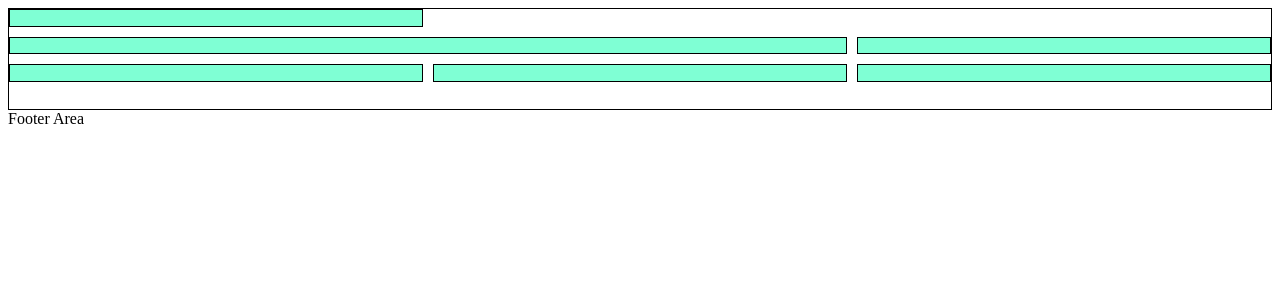
Repository: BwesewB/Brutalist-Website
Page: /
An editor plug-in stored every save of this project. The page is shown before and after the next save, followed by the edit.
The browser window is 1280 px wide. The pictures show the whole page.
The project was rebuilt for these pictures with package versions that can differ from the ones it lists, and the page was loaded fresh each time. The framework's server and built-in components were replaced by stand-ins that run in the browser. Also part of the build but not shown: next.config.mjs.

Above is the page before, as saved 2024-02-03 16:55:18.

After the next save:
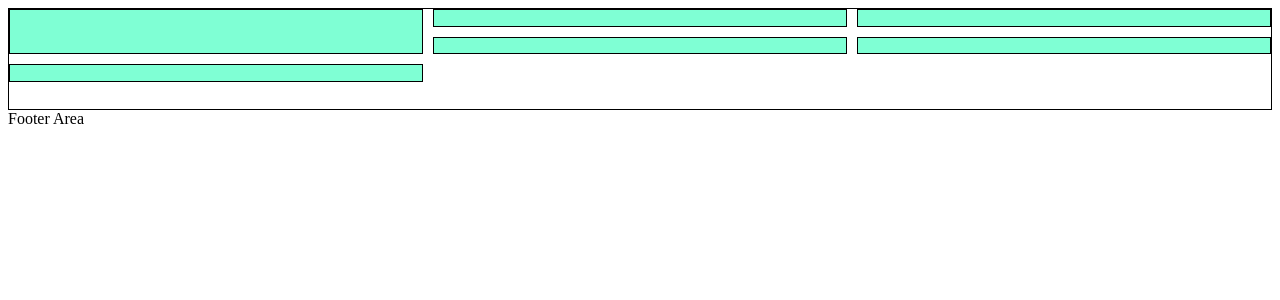
Saved 14 s later.
--- a/styles/Home.module.css
+++ b/styles/Home.module.css
@@ -44,5 +44,5 @@
 }
 
 .posterTwo{
-  grid-column: 1/3;
+  grid-row: 1/3;
 }

After the save that followed:
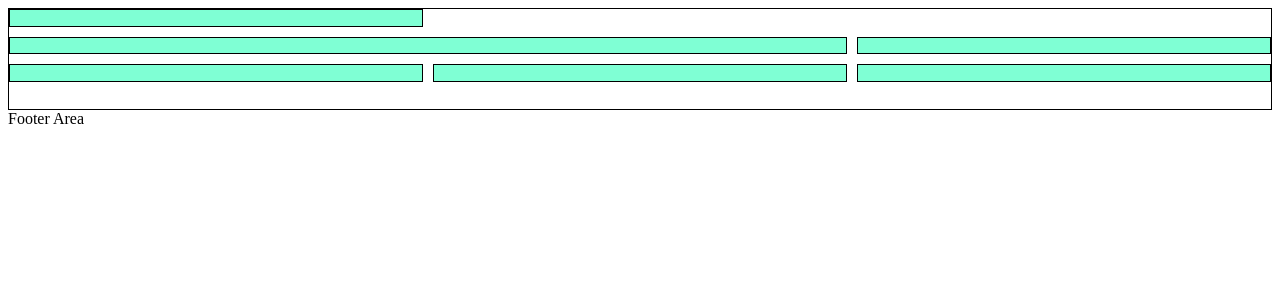
Saved 9 s later.
--- a/styles/Home.module.css
+++ b/styles/Home.module.css
@@ -44,5 +44,5 @@
 }
 
 .posterTwo{
-  grid-row: 1/3;
+  grid-column: 1/3;
 }
